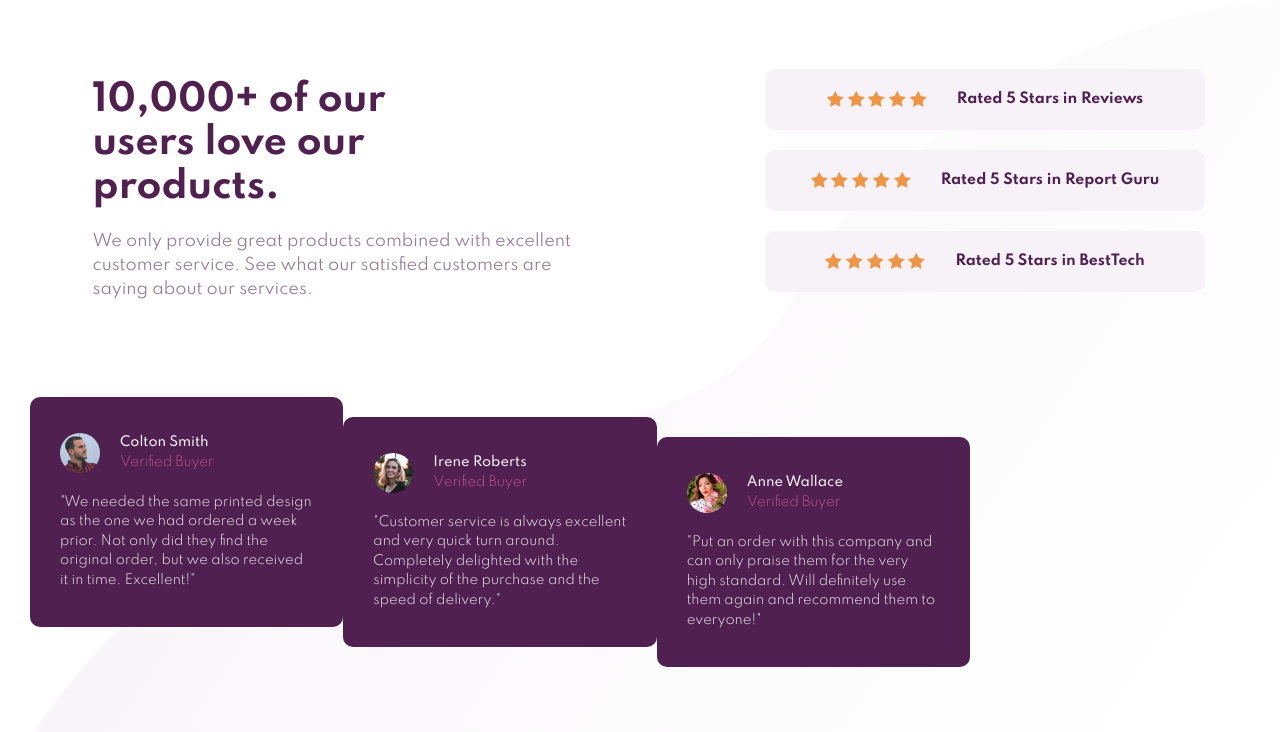
Repository: metehankasapp/social-proof-section-master
Page: index.html
These files come from the project's save history. The page is drawn as it stood at one moment and after a run of saves; the edit follows.
The browser window is 1280 px wide. The pictures show the whole page.
Some web libraries are served in a nearby version.

Above is the page before, as saved 2021-12-05 09:37:32.

After the next 2 saves:
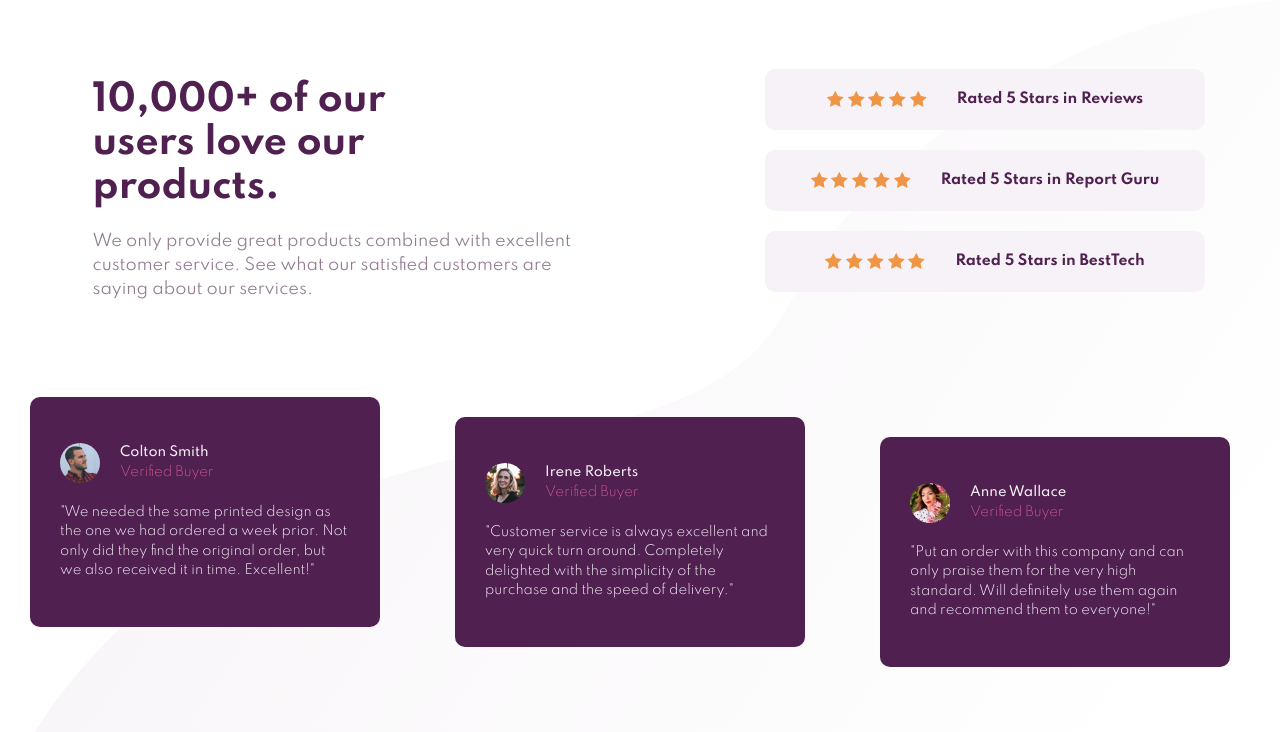
The 2 saves are shown as one change because they came seconds apart.
The last was saved 34 s later.
--- a/style.css
+++ b/style.css
@@ -323,7 +323,7 @@ body {
 @media screen and (min-width:1200px) {
     .cards{
         margin-top: 0rem;
-        width: 940px;
+        width: 1200px;
     }
 
   body {
